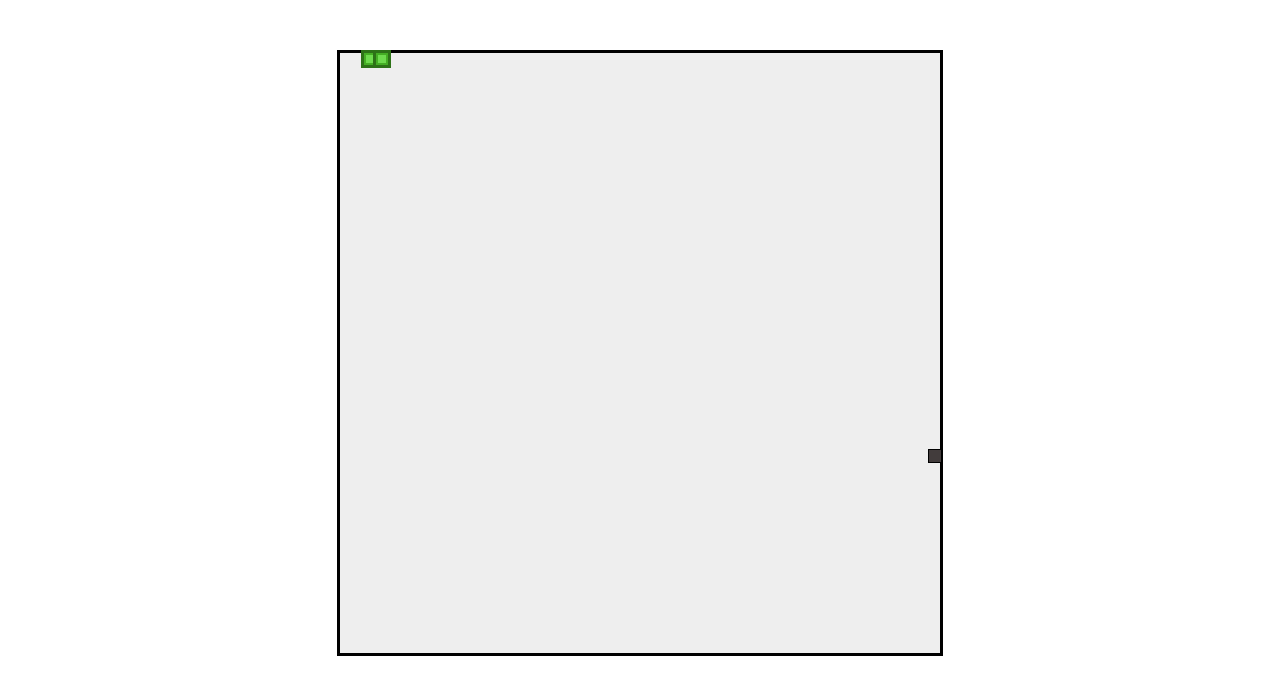
Repository: Krashgul/React_Snake_Game
Page: /
The author's editor kept a copy of each file at every save. The page is drawn from the files as they stood at one save, then again after the next save.
The browser window is 1280 px wide. The pictures show the whole page.
The project was rebuilt for these pictures with package versions that can differ from the ones it lists, and the page was loaded fresh each time.

Above is the page before, as saved 2021-03-02 00:39:23.

After the next save:
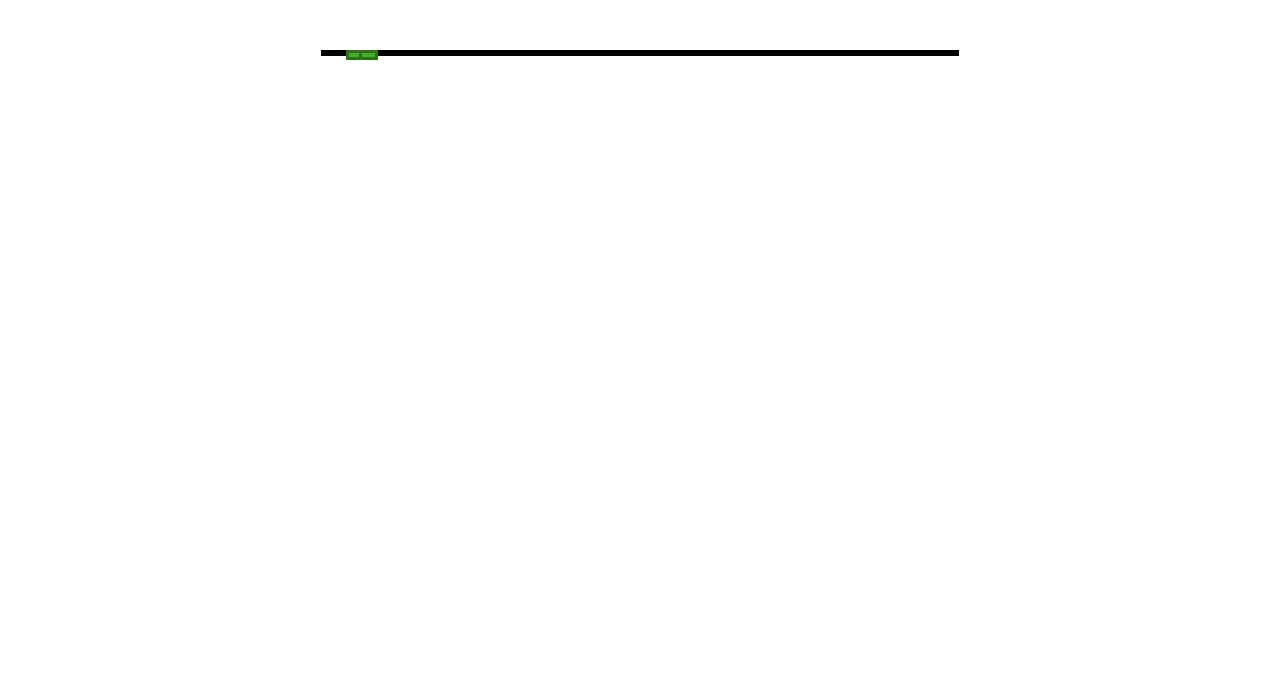
Saved 59 s later.
--- a/src/index.css
+++ b/src/index.css
@@ -1,8 +1,8 @@
 .game-area {
   position: relative;
   margin: 50px auto;
-  width: 600px;
-  height: 600px;
+  width: 50%;
+  height: 50%;
   background-color: #eee;
   border: 3px solid #000;
 }
